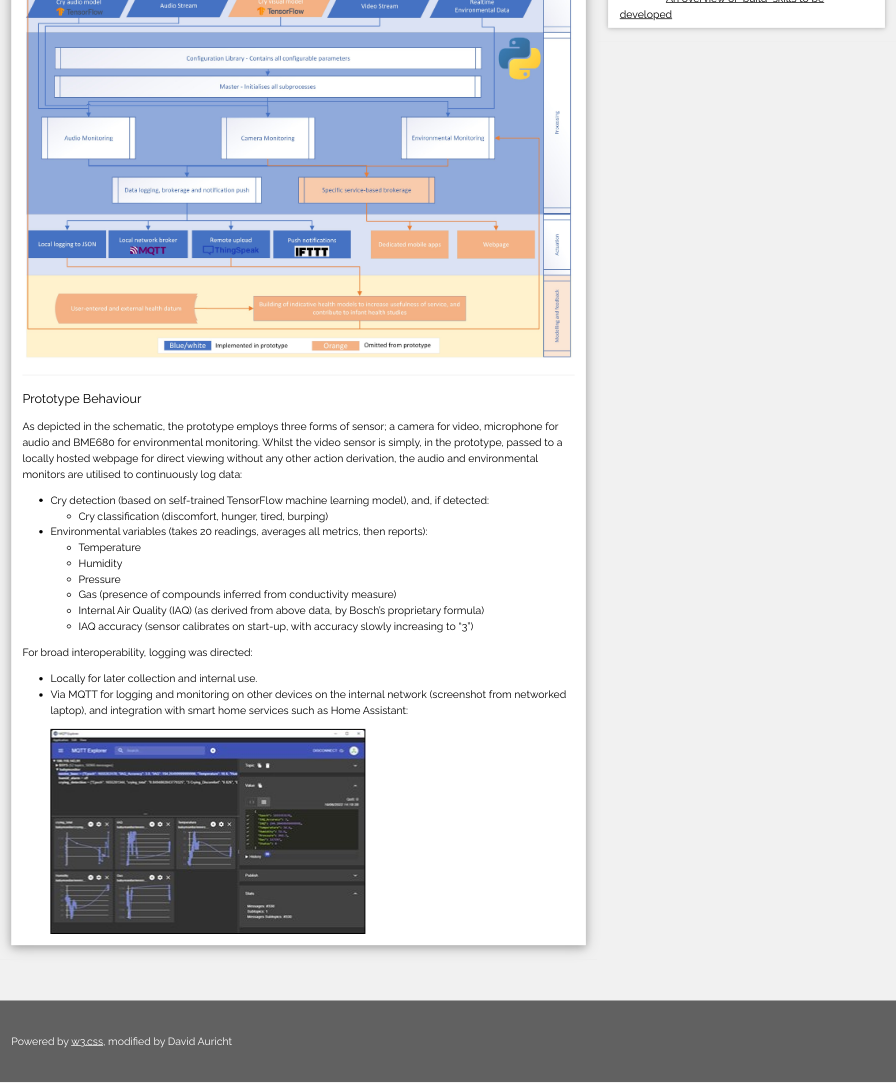
Repository: TodaysSawyer/cecs_8001_journal
Page: CECS_8001_build_journal/maker_project.html
An editor plug-in stored every save of this project. The page is shown before and after the next save, followed by the edit.
The browser window is 1280 px wide. The pictures show the part of the page from y = 1095 to 3015 px (the page is 2642 px tall before and 3015 px after), at 70% of full size.

Above is the page before, as saved 2022-08-23 10:22:51.

### CECS_8001_build_journal/maker_project.html
<!--Site layout and design credit goes to W3 Schools' "Blog template" from https://www.w3schools.com/w3css/tryw3css_templates_blog.htm-->
<!--Modifications and content by David Auricht-->

<!DOCTYPE html>
<html>
<head>
<title>David Auricht's Cybernetics Build Journal</title>
<meta charset="UTF-8">
<meta name="viewport" content="width=device-width, initial-scale=1">
<link rel="stylesheet" href="https://www.w3schools.com/w3css/4/w3.css">
<link rel="stylesheet" href="https://fonts.googleapis.com/css?family=Raleway">
<style>
body,h1,h2,h3,h4,h5 {font-family: "Raleway", sans-serif}
</style>
</head>
<body class="w3-light-grey">

<!-- w3-content defines a container for fixed size centered content,
and is wrapped around the whole page content, except for the footer in this example -->
<div class="w3-content" style="max-width:1400px">

<!-- Header -->
<header class="w3-container w3-center w3-padding-32">
  <h1><b>Master of Applied Cybernetics - CECS8001 – Build Journey</b></h1>
  <p>David Auricht - U7446851</p>
</header>

<!-- Grid -->
<div class="w3-row">

<!-- Blog entries -->
<div class="w3-col l8 s12">
  <!-- Blog entry -->
  <div class="w3-card-4 w3-margin w3-white">
    <div class="w3-container">
      <h3><b>Maker Project</b></h3>
    </div>

    <div class="w3-container">
      <h6>Covered: Skills 1, 2, 3</h6>
      <p>The Individual Maker Project was a key pressing matter and drew upon, to varying degrees, all three target skills. With a goal of building a “cybernetic” baby monitor, and in order of skills, I would need:</p>
      <ol>
        <li>Coding - writing a large library of bespoke Python, operating on a Raspberry Pi to support key objectives of environmental monitoring, cry detection and classification utilising a machine learning model, data logging and smart notifications, and a real-time video stream.</li>
        <li>Physical “making” - soldering sensors and mounting components.</li>
        <li>Project managing - setting a defined set of goals, working to an iterative model that aims to ensure a functional product at multiple intervals in line with hitting a strict demo-day deadline.</li>
      </ol>
      <p>I found myself barrelling down ever more rabbit holes as I iterated from a simple BME280-based environmental sensor to a fully-featured prototype. To extract from CECS6001 Assessment 2B writings:</p>
      <i>
        <p>In the prototype phase, boundaries of the product will be strictly defined by the creator. In particular, the functions that sit outside these boundaries are:</p>
        <ul>
          <li>Implementation of only a single degree of machine-learning enabled monitoring (audio).</li>
          <li>No dedicated web interface (although camera feed was made available in a simple webform).</li>
          <li>No dedicated applications for direct mobile interfacing.</li>
          <li>No analysis of captured data or cross-referencing with health studies and outcomes.</li>
          <li>No “feedback” of captured data or data analysis into the models and processes.</li>
        </ul>
        <p>Further to this, the physical design of the prototype is limited as a bare Raspberry Pi with USB microphone, wired and bare environmental sensor, and ribbon-connected, unhoused, camera.  The lack of housing, and inability to suitably mount the sensors without utilising twisted wire, is far from marketable or usable in an average household scenario.</p>
      </i>
      <p>Please refer to the following page for a schematic of the Maker Project, covering ultimate goal and prototype implementation, and feel free to review the committed code at <a href="https://gitlab.cecs.anu.edu.au/u7446851/cecs_8001_s1_maker" target="_blank">https://gitlab.cecs.anu.edu.au/u7446851/cecs_8001_s1_maker</a>(please ask me for access as required, as I’m not comfortable with making it public in the present state).</p>
      <p><a href = "maker_schematic.jpg" target = "_blank"><img src="maker_schematic.jpg" alt="Maker project: Overall schematic" style="width:100%" ></a></p>
      <hr>

      <h5>Prototype Behaviour</h5>
      <p>As depicted in the schematic, the prototype employs three forms of sensor; a camera for video, microphone for audio and BME680 for environmental monitoring. Whilst the video sensor is simply, in the prototype, passed to a locally hosted webpage for direct viewing without any other action derivation, the audio and environmental monitors are utilised to continuously log data:</p>
      <ul>
        <li>Cry detection (based on self-trained TensorFlow machine learning model), and, if detected:</li>
        <ul>
          <li>Cry classification (discomfort, hunger, tired, burping)</li>
        </ul>
        <li>Environmental variables (takes 20 readings, averages all metrics, then reports):</li>
        <ul>
          <li>Temperature</li>
          <li>Humidity</li>
          <li>Pressure</li>
          <li>Gas (presence of compounds inferred from conductivity measure)</li>
          <li>Internal Air Quality (IAQ) (as derived from above data, by Bosch’s proprietary formula)</li>
          <li>IAQ accuracy (sensor calibrates on start-up, with accuracy slowly increasing to “3”)</li>
        </ul>
      </ul>
      <p>For broad interoperability, logging was directed:</p>
      <ul>
        <li>Locally for later collection and internal use.</li>
        <li>Via MQTT for logging and monitoring on other devices on the internal network (screenshot from networked laptop), and integration with smart home services such as Home Assistant:</li>
        <p><img src="maker_mqtt.jpg" alt="Maker project: MQTT logging" style="width:60%" class="center"></p>
      </ul>


    </div>
  </div>
  <hr>
<!-- END BLOG ENTRIES -->
</div>

<!-- Sidebar -->
<div class="w3-col l4">
  <!-- About Card -->
  <div class="w3-card w3-margin w3-margin-top">
  <img src="home_dave_profile.jpg" style="width:100%">
    <div class="w3-container w3-white">
      <h4><b>Dave</b></h4>
      <p>"Recovering Professional Cynic"</p>
      <p>With a background in software testing, and management thereof, I come to the programme loking to hone broader interests in modern and emerging technologies and the benefits I hope they can provide to society.</p>
    </div>
  </div><hr>

  <!-- Posts -->
  <div class="w3-card w3-margin">
    <div class="w3-container w3-padding">
      <h4>Entries</h4>
    </div>
    <ul class="w3-ul w3-hoverable w3-white">
      <li>
         <a href="index.html" target="_self">
         <img src="sidebar_intro_icon.jpg" alt="Image" class="w3-left w3-margin-right" style="width:50px">
         <span class="w3-large">Intro</span><br>
         <span>An introduction to myself and my journal.</span>
         </a>
      </li>
      <li>
        <a href="skills.html" target="_self">
        <img src="skills_balloon.jpg" alt="Image" class="w3-left w3-margin-right" style="width:50px">
        <span class="w3-large">Skills</span><br>
        <span>An overview of "build" skills to be developed</span>
        </a>
     </li>
    </ul>
  </div>
  <hr>

<!-- END Sidebar -->
</div>

<!-- END GRID -->
</div><br>

<!-- END w3-content -->
</div>

<!-- Footer -->
<footer class="w3-container w3-dark-grey w3-padding-32 w3-margin-top">
  <p>Powered by <a href="https://www.w3schools.com/w3css/default.asp" target="_blank">w3.css</a>, modified by David Auricht</p>
</footer>

</body>
</html>

After the next save:
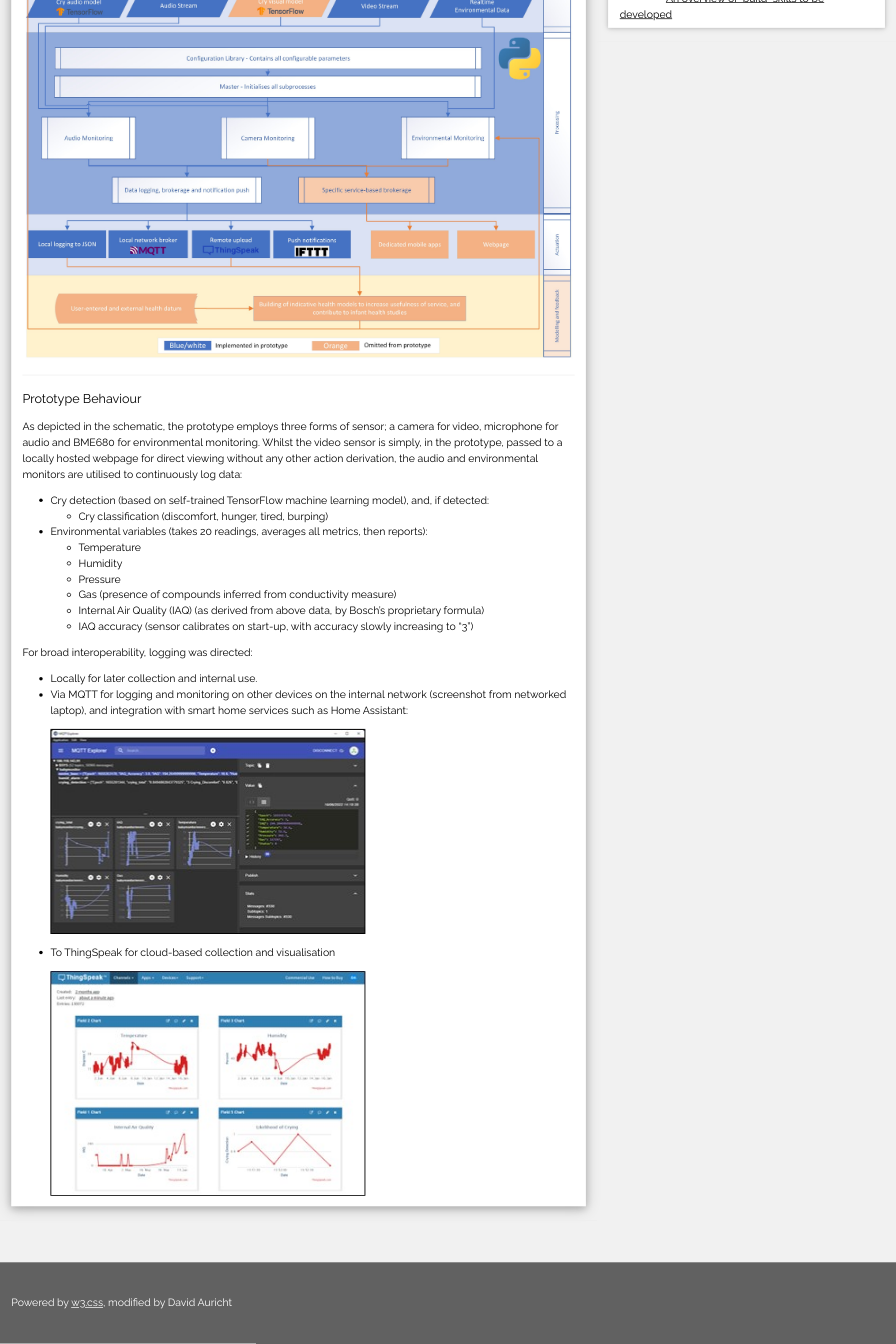
Saved 75 s later.
--- a/CECS_8001_build_journal/maker_project.html
+++ b/CECS_8001_build_journal/maker_project.html
@@ -82,6 +82,8 @@
         <li>Locally for later collection and internal use.</li>
         <li>Via MQTT for logging and monitoring on other devices on the internal network (screenshot from networked laptop), and integration with smart home services such as Home Assistant:</li>
         <p><img src="maker_mqtt.jpg" alt="Maker project: MQTT logging" style="width:60%" class="center"></p>
+        <li>To ThingSpeak for cloud-based collection and visualisation</li>
+        <p><img src="maker_ts.jpg" alt="Maker project: ThingSpeak logging" style="width:60%" class="center"></p>
       </ul>
 
 
